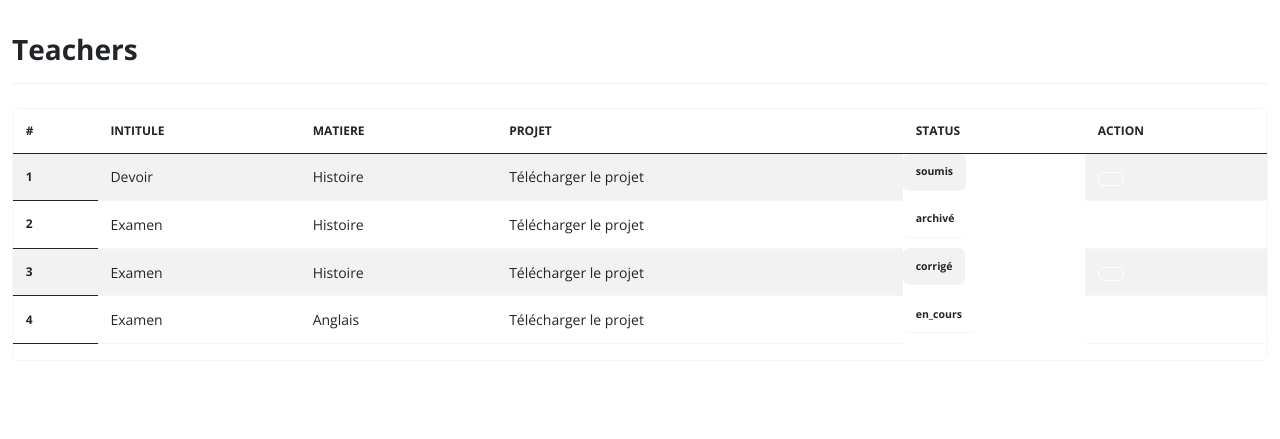
Repository: dimitri0004/Moodle
Page: http://localhost/enseignant/projet/
These files come from the project's save history. The page is drawn as it stood at one moment and after the next save; the edit follows.
The browser window is 1280 px wide. The pictures show the whole page.
The page is served by the project's application, run on Django 4.2 (manage.py). The database holds what the project's SQL file puts in it.

Above is the page before, as saved 2023-08-18 02:17:24.
Console error: TypeError: Cannot set properties of null (setting 'innerHTML')

After the next save:
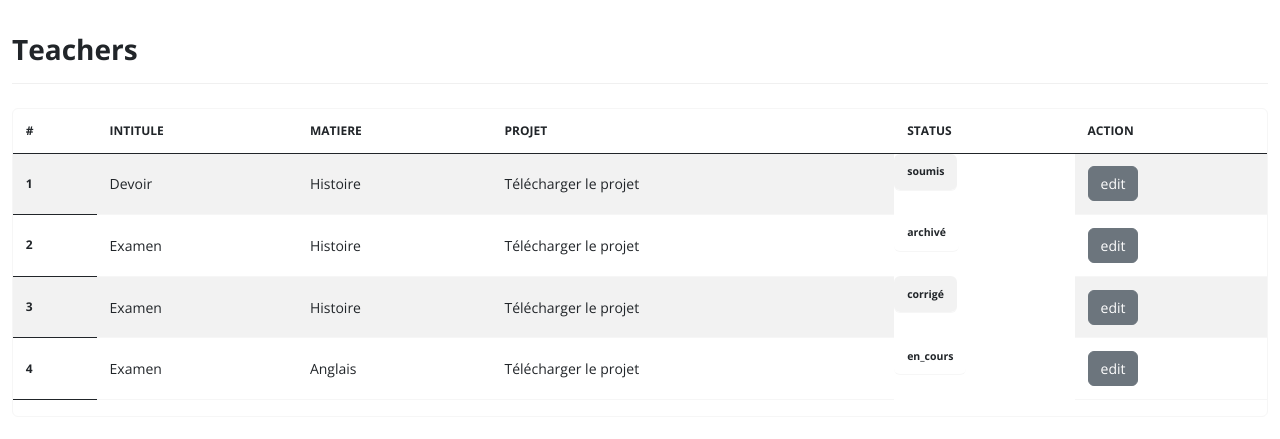
Saved 47 s later.
--- a/templates/Enseignant/Projet/index.html
+++ b/templates/Enseignant/Projet/index.html
@@ -61,7 +61,7 @@
                                 <td><a href="{{ projet.projet.url }}" download>Télécharger le projet</a>
                                 <td class="badge badge-success">{{ projet.statut }}</td>
                                 <td>
-                                    <a href="{% url 'modifier_projet' id=projet.id %}" class="btn btn-primary"></a>
+                                    <a href="{% url 'modifier_projet' id=projet.id %}" class="btn btn-secondary">edit</a>
                                 </td>
                               </tr>
                             {% endfor %}
